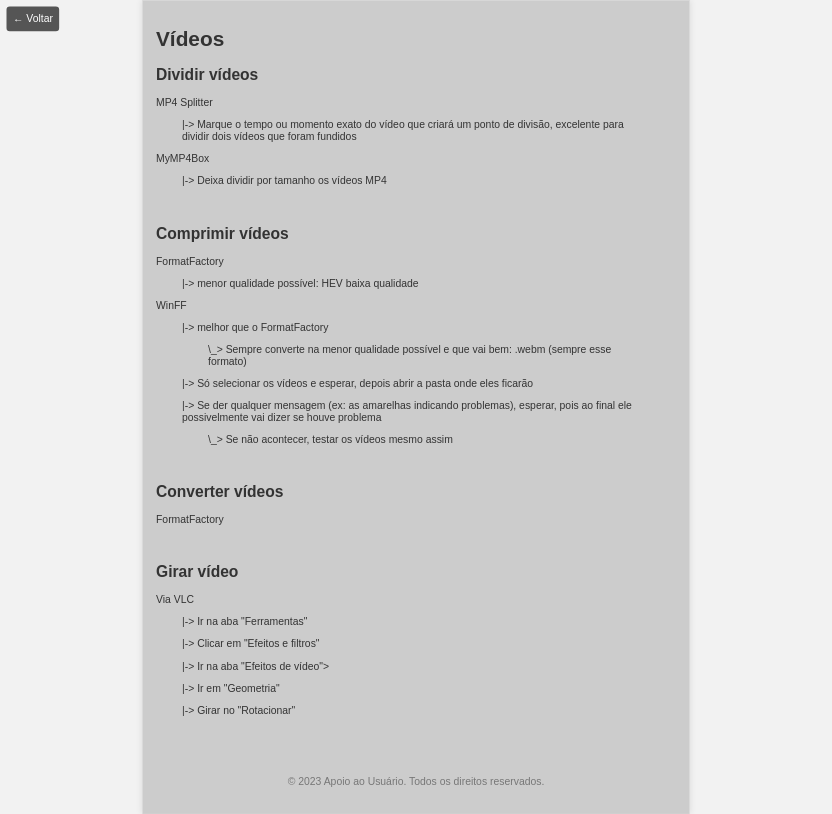
Repository: I4guito/dicasdez
Page: Dicas site/Dicas/sobrevideos.html
An editor plug-in stored every save of this project. The page is shown before and after the next save, followed by the edit.
The browser window is 1280 px wide. The pictures show the whole page, at 65% of full size.

Above is the page before, as saved 2023-12-07 15:42:11.

### Dicas site/Dicas/sobrevideos.html
<!DOCTYPE html>
<html lang="pt-br">
<head>
    <meta charset="UTF-8">
    <meta name="viewport" content="width=device-width, initial-scale=1.0">
    <link rel="stylesheet" href="padrao.css">
    <script src="/Dicas site/script.js"></script>
    <title>Dicas 10 - Vídeos </title>
</head>
<body>
    <div class="container">
        <header>
        <a href="javascript:history.back()" class="voltar-btn">&#8592; Voltar</a>
            <h1> Vídeos </h1>
        </header>
        <section>
            <h2>Dividir vídeos  </h2>
            <ul>
                <li>MP4 Splitter
                    <blockquote>|-> Marque o tempo ou momento exato do vídeo que criará um ponto de divisão, excelente para dividir dois vídeos que foram fundidos</blockquote>
                </li>
                <li>MyMP4Box
                <blockquote>|-> Deixa dividir por tamanho os vídeos MP4</blockquote>
                </li>
            </ul>
        </section><br>

        <section>
            <h2> Comprimir vídeos </h2>
            <ul>
                <li>FormatFactory
                    <blockquote>|-> menor qualidade possível: HEV baixa qualidade</blockquote>
                </li>
                <li>WinFF
                    <blockquote>|-> melhor que o FormatFactory
                        <blockquote>\_> Sempre converte na menor qualidade possível e que vai bem: .webm (sempre esse formato)</blockquote>
                    </blockquote>
                    <blockquote>|-> Só selecionar os vídeos e esperar, depois abrir a pasta onde eles ficarão</blockquote>
                    <blockquote>|-> Se der qualquer mensagem (ex: as amarelhas indicando problemas), esperar, pois ao final ele possivelmente vai dizer se houve problema
                        <blockquote>\_> Se não acontecer, testar os vídeos mesmo assim</blockquote>
                    </blockquote>
                </li>
            </ul>
        </section><br>



        <section>
            <h2> Converter vídeos </h2>
            <ul>
                <li>FormatFactory</li>
                <li></li>
            </ul>
        </section><br>

        <section>
            <h2>Girar vídeo  </h2>
            <ul>
                <li>Via VLC
                    <blockquote>|-> Ir na aba "Ferramentas"</blockquote>
                    <blockquote>|-> Clicar em "Efeitos e filtros"</blockquote>
                    <blockquote>|-> Ir na aba "Efeitos de vídeo"></blockquote>
                    <blockquote>|-> Ir em "Geometria"</blockquote>
                    <blockquote>|-> Girar no "Rotacionar"</blockquote>
                </li>

            </ul>
        </section><br>



        <section>
            <h2>  </h2>
            <ul>
                <li></li>
                <li></li>
            </ul>
        </section><br>


        <footer>
            <p>&copy; 2023 Apoio ao Usuário. Todos os direitos reservados.</p>
        </footer>
    </div>
</body>
</html>

### Dicas site/Dicas/padrao.css
body {
    font-family: 'Arial', sans-serif;
    margin: 0;
    padding: 0;
    background-color: #f2f2f2;
    color:#fff
}

.container {
    max-width: 800px;
    margin: 0 auto;
    background-color: #ccc;
    padding: 20px;
    box-shadow: 0 0 10px rgba(0, 0, 0, 0.1);
    border: 1px solid #ddd;
    color: #333;
}

header, section, footer {
    margin-bottom: 20px;
}

header h1, section h2 {
    color: #333;
}

ul {
    list-style: none;
    padding: 0;
}

li {
    margin-bottom: 10px;
}

footer {
    text-align: center;
    color: #777;
}

.voltar-btn {
    position: absolute;
    left: 10px;
    top: 10px;
    text-decoration: none;
    color: #fff;
    font-size: 16px;
    padding: 10px;
    background-color: #555;
    border: none;
    border-radius: 5px;
    cursor: pointer;
    transition: background-color 0.3s;
}

.voltar-btn:hover {
    background-color: #777;
}

img {

    margin-inline: 5cm;
    max-width: 100%;
    border-radius: 3%;
}

.link-instrucoes {
    font-family:cursive;
    width: 50px;
    left: 10px;
    text-decoration: none;
    color: #fff;
    font-size: 25px;
    padding: 3px;
    background-color: #555;
    border: none;
    border-radius: 10px;
    cursor: pointer;
    transition:  background-color 0.3s;
}

.link-instrucoes:hover {
    background-color:#777
}

.step {
    max-width: 800px;
    margin: 0 auto;
    background-color: #333;
    padding: 20px;
    box-shadow: 0 0 10px rgba(0, 0, 0, 0.1);
    border: 1px solid #ddd;
    color: #333;
    margin-bottom: 40px;
    padding: 20px;
    border-radius: 8px;
    box-shadow: 0 4px 8px rgba(0, 0, 0, 0.1);
}



.container img {
    display: block;
    max-width: 35%;
    height: auto;
    display: block;
    margin: 20px auto;
    border-radius: 8px;
    box-shadow: 0 4px 8px rgba(0, 0, 0, 0.1);


}

.image-zoom input[type="checkbox"] {
    display: none;
}

.image-zoom img {
    max-width: 100%;
    height: auto;
    cursor: pointer;
    transition: transform 0.3s ease-in-out;
}

.image-zoom input[type="checkbox"]:checked + img {
    transform: scale(1.5);
}

### Dicas site/script.js
function filterItems() {
    var searchBar = document.getElementById('searchBar');
    var filter = searchBar.value.toUpperCase();

    var columns = document.getElementsByClassName('column');
    for (var i = 0; i < columns.length; i++) {
        var boxes = columns[i].getElementsByClassName('box');
        for (var j = 0; j < boxes.length; j++) {
            var item = boxes[j];
            var textValue = item.textContent || item.innerText;
            if (textValue.toUpperCase().indexOf(filter) > -1) {
                item.style.display = "";
            } else {
                item.style.display = "none";
            }
        }
    }
}

function openPage(pageName) {
    window.location.href = pageName + '.html';
}

const isOpera = navigator.userAgent.indexOf("OPR") > -1;

if (isOpera) {
    document.addEventListener("DOMContentLoaded", function () {
        const containers = document.querySelectorAll(".container");
        containers.forEach(function (container) {
            container.style.backgroundColor = "#005c4b";
            container.style.color = "#333";
        });
    });
}

After the next save:
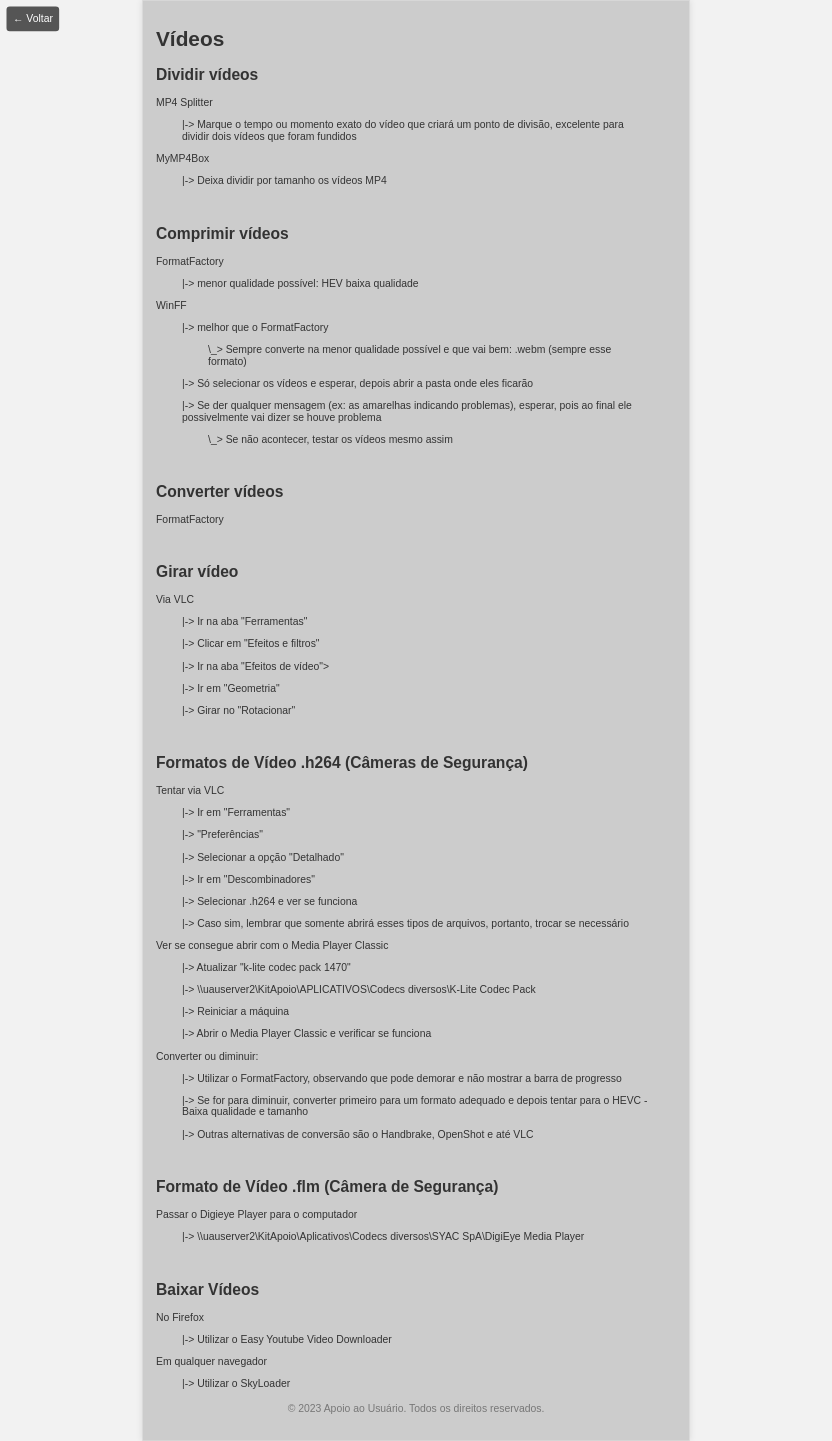
Saved 1 s later.
--- a/Dicas site/Dicas/sobrevideos.html
+++ b/Dicas site/Dicas/sobrevideos.html
@@ -67,15 +67,57 @@
             </ul>
         </section><br>
 
-
+        <section>
+            <h2>Formatos de Vídeo .h264 (Câmeras de Segurança)</h2>
+            <ul>
+                <li>
+                    Tentar via VLC
+                    <blockquote>|-> Ir em "Ferramentas"</blockquote>
+                    <blockquote>|-> "Preferências"</blockquote>
+                    <blockquote>|-> Selecionar a opção "Detalhado"</blockquote>
+                    <blockquote>|-> Ir em "Descombinadores"</blockquote>
+                    <blockquote>|-> Selecionar .h264 e ver se funciona</blockquote>
+                    <blockquote>|-> Caso sim, lembrar que somente abrirá esses tipos de arquivos, portanto, trocar se necessário</blockquote>
+                </li>
+                <li>
+                    Ver se consegue abrir com o Media Player Classic
+                    <blockquote>|-> Atualizar "k-lite codec pack 1470"</blockquote>
+                    <blockquote>|-> \\uauserver2\KitApoio\APLICATIVOS\Codecs diversos\K-Lite Codec Pack</blockquote>
+                    <blockquote>|-> Reiniciar a máquina</blockquote>
+                    <blockquote>|-> Abrir o Media Player Classic e verificar se funciona</blockquote>
+                </li>
+                <li>
+                    Converter ou diminuir:
+                    <blockquote>|-> Utilizar o FormatFactory, observando que pode demorar e não mostrar a barra de progresso</blockquote>
+                    <blockquote>|-> Se for para diminuir, converter primeiro para um formato adequado e depois tentar para o HEVC - Baixa qualidade e tamanho</blockquote>
+                    <blockquote>|-> Outras alternativas de conversão são o Handbrake, OpenShot e até VLC</blockquote>
+                </li>
+            </ul>
+        </section><br>
 
         <section>
-            <h2>  </h2>
+            <h2>Formato de Vídeo .flm (Câmera de Segurança)</h2>
             <ul>
-                <li></li>
-                <li></li>
+                <li>
+                    Passar o Digieye Player para o computador
+                    <blockquote>|-> \\uauserver2\KitApoio\Aplicativos\Codecs diversos\SYAC SpA\DigiEye Media Player</blockquote>
+                </li>
             </ul>
         </section><br>
+
+        <section>
+            <h2>Baixar Vídeos</h2>
+            <ul>
+                <li>
+                    No Firefox
+                    <blockquote>|-> Utilizar o Easy Youtube Video Downloader</blockquote>
+                </li>
+                <li>
+                    Em qualquer navegador
+                    <blockquote>|-> Utilizar o SkyLoader</blockquote>
+                </li>
+            </ul>
+        </section>
 
 
         <footer>
